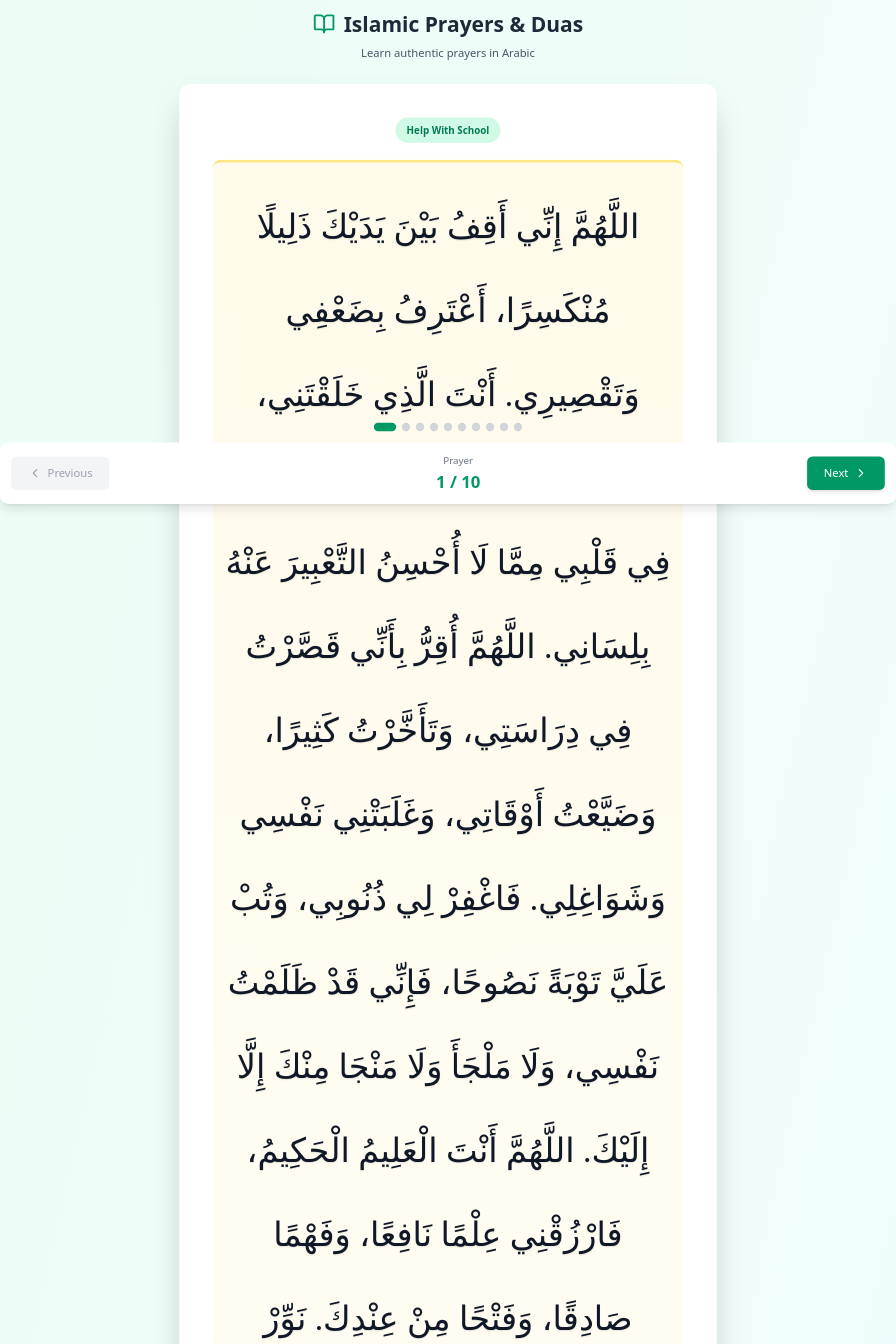
Repository: AbdulquddusMuhammad/prayerApp2.0
Page: /
An editor plug-in stored every save of this project. The page is shown before and after the next save, followed by the edit.
The browser window is 1280 px wide. The pictures show the part of the page from y = 0 to 1920 px (the page is 5738 px tall), at 70% of full size.
Some web fonts or font styles are not loaded; a fallback is used. The project was rebuilt for these pictures with package versions that can differ from the ones it lists, and the page was loaded fresh each time. Also part of the build but not shown: vite.config.js.

Above is the page before, as saved 2026-01-18 09:31:04.

After the next save:
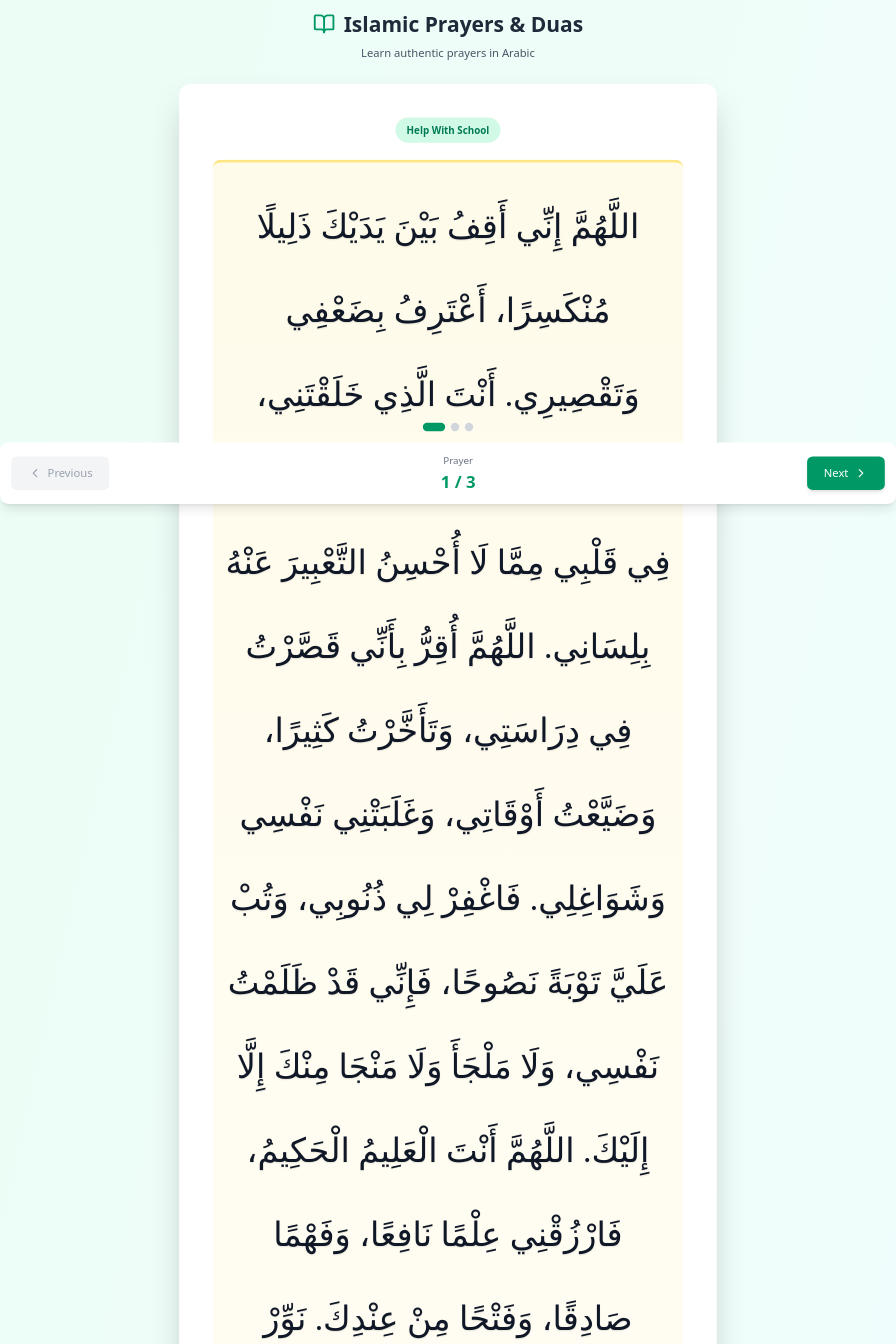
Saved 12 s later.
--- a/src/App.jsx
+++ b/src/App.jsx
@@ -93,48 +93,6 @@ O Allah, accept this plea from me despite my imperfections, and guide me gently
 `,
         category: "For more concentration",
       },
-      {
-        id: 4,
-        arabic: "سُبْحَانَ اللَّهِ وَالْحَمْدُ لِلَّهِ وَلَا إِلَهَ إِلَّا اللَّهُ وَاللَّهُ أَكْبَرُ",
-        translation: "Glory be to Allah, and praise be to Allah, and there is no god but Allah, and Allah is the Greatest",
-        category: "Dhikr",
-      },
-      {
-        id: 5,
-        arabic: "رَبَّنَا آتِنَا فِي الدُّنْيَا حَسَنَةً وَفِي الْآخِرَةِ حَسَنَةً وَقِنَا عَذَابَ النَّارِ",
-        translation: "Our Lord, give us good in this world and good in the Hereafter, and protect us from the punishment of the Fire",
-        category: "Dua",
-      },
-      {
-        id: 6,
-        arabic: "اللَّهُمَّ إِنِّي أَسْأَلُكَ الْهُدَى وَالتُّقَى وَالْعَفَافَ وَالْغِنَى",
-        translation: "O Allah, I ask You for guidance, piety, chastity, and self-sufficiency",
-        category: "Dua",
-      },
-      {
-        id: 7,
-        arabic: "رَبِّ اشْرَحْ لِي صَدْرِي وَيَسِّرْ لِي أَمْرِي",
-        translation: "My Lord, expand my chest and make my task easy for me",
-        category: "Dua",
-      },
-      {
-        id: 8,
-        arabic: "لَا إِلَهَ إِلَّا أَنْتَ سُبْحَانَكَ إِنِّي كُنْتُ مِنَ الظَّالِمِينَ",
-        translation: "There is no deity except You; exalted are You. Indeed, I have been of the wrongdoers",
-        category: "Dua",
-      },
-      {
-        id: 9,
-        arabic: "اللَّهُمَّ إِنِّي أَعُوذُ بِكَ مِنَ الْهَمِّ وَالْحَزَنِ",
-        translation: "O Allah, I seek refuge in You from anxiety and grief",
-        category: "Protection",
-      },
-      {
-        id: 10,
-        arabic: "حَسْبُنَا اللَّهُ وَنِعْمَ الْوَكِيلُ",
-        translation: "Allah is sufficient for us, and He is the best Disposer of affairs",
-        category: "Trust in Allah",
-      },
     ],
   };
 
